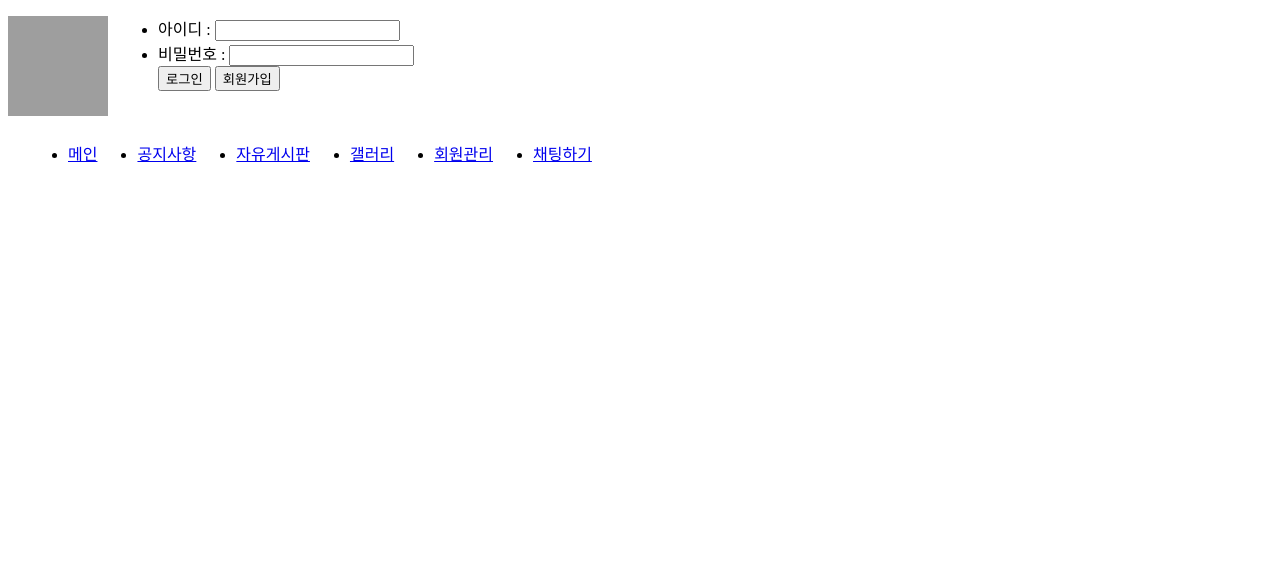
Repository: giwon8701/Qclass_KH
Page: Workspace_Java/testWebProject/WebContent/test2.html
An editor plug-in stored every save of this project. The page is shown before and after the next save, followed by the edit.
The browser window is 1280 px wide. The pictures show the whole page.
Pictures or frames that could not be fetched are drawn as grey boxes.

Above is the page before, as saved 2021-01-11 03:05:06.

### Workspace_Java/testWebProject/WebContent/test2.html
<!doctype html>
<html lang="ko">
<head>
<meta charset="UTF-8">
<style>
.nav li {
	float: left;
	margin-left: 20px;
	margin-right: 20px;
}
#content {
width: 100%;
height: 400px;
color: gray;
}
</style>
</head>

<body>
	<header>
		<img src="resources/images/logo.gif" style="margin-right:50px; width:100px; height:100px; float:left;">
		<form>
			<ul>
				<li>
					<label>아이디 : </label>
					<input type="text">
				</li>
				<li>
					<label>비밀번호 : </label>
					<input type="text">
				</li>
				<li style="list-style-type:none;">
					<input type="submit" value="로그인">
					<button>회원가입</button>
				</li>
			</ul>
		</form>

		<br>

		<ul class="nav">
			<li><a href="#">메인</a></li>
			<li><a href="#">공지사항</a></li>
			<li><a href="#">자유게시판</a></li>
			<li><a href="#">갤러리</a></li>
			<li><a href="#">회원관리</a></li>
			<li><a href="#">채팅하기</a></li>
		</ul>
	</header>

	<section id="content">

	</section>

	<footer>

	</footer>
</body>
</html>

After the next save:
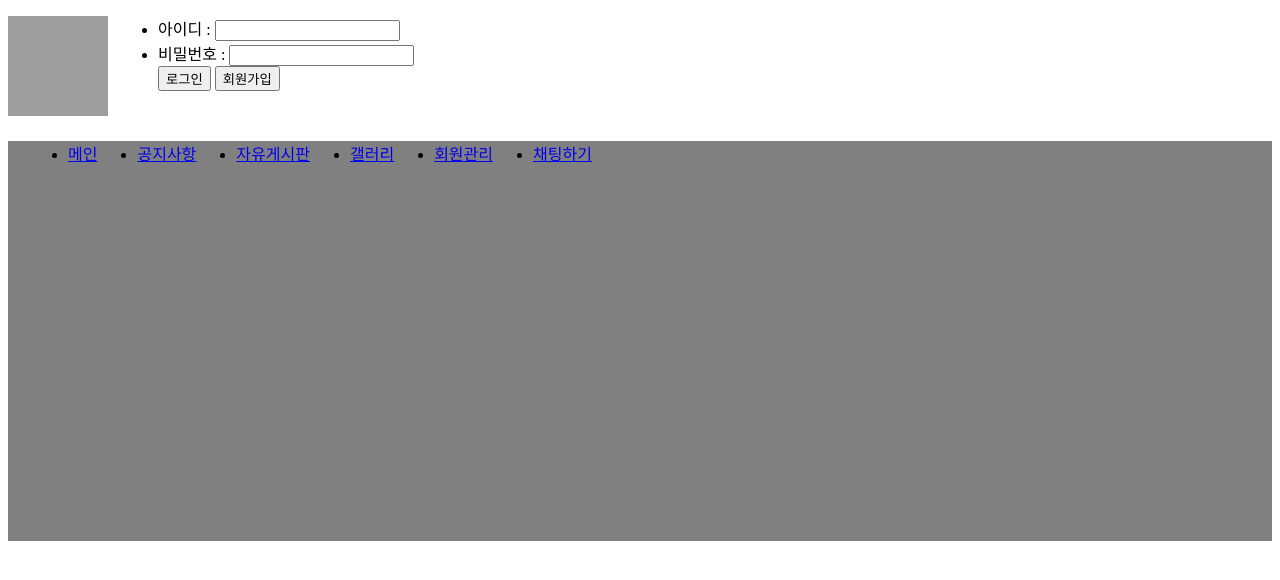
Saved 74 s later.
--- a/Workspace_Java/testWebProject/WebContent/test2.html
+++ b/Workspace_Java/testWebProject/WebContent/test2.html
@@ -48,7 +48,7 @@ color: gray;
 		</ul>
 	</header>
 
-	<section id="content">
+	<section id="content" style="background:gray;">
 
 	</section>
 
